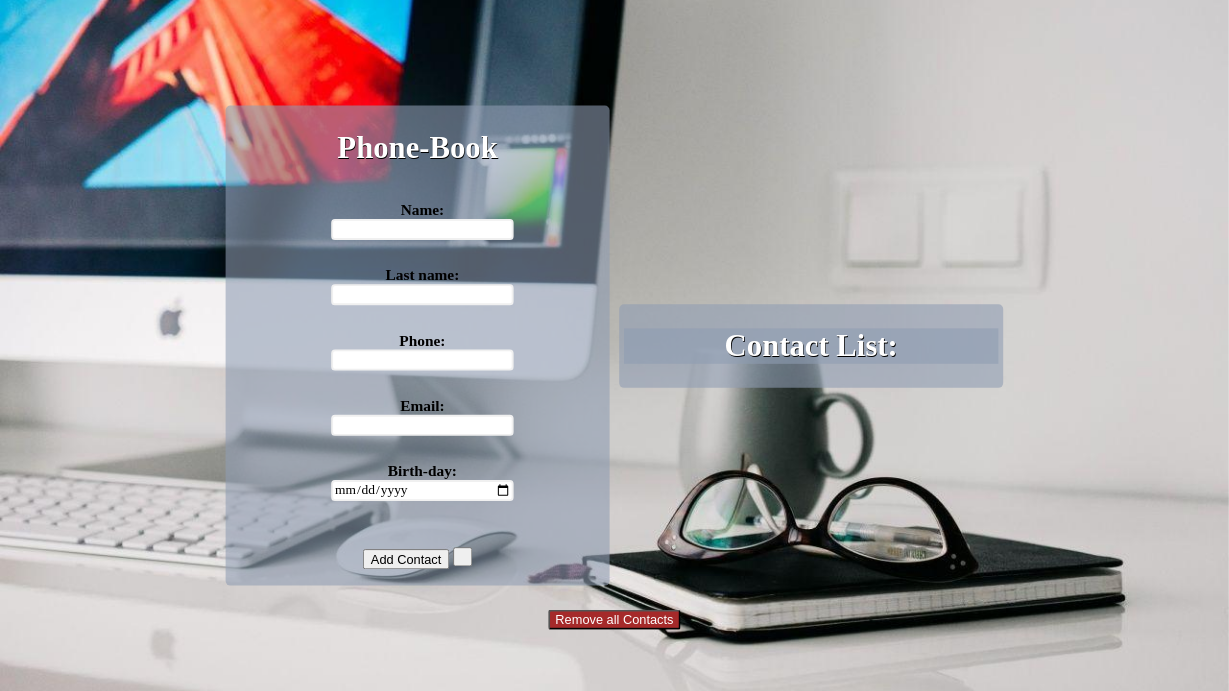
Repository: STA1357/Phone-book
Page: Inner.html
The author's editor kept a copy of each file at every save. The page is drawn from the files as they stood at one save, then again after the next save.
The browser window is 1280 px wide. The pictures show the whole page, at 96% of full size.
Backgrounds fixed to the window are drawn as part of the page.

Above is the page before, as saved 2020-12-12 17:43:42.

After the next save:
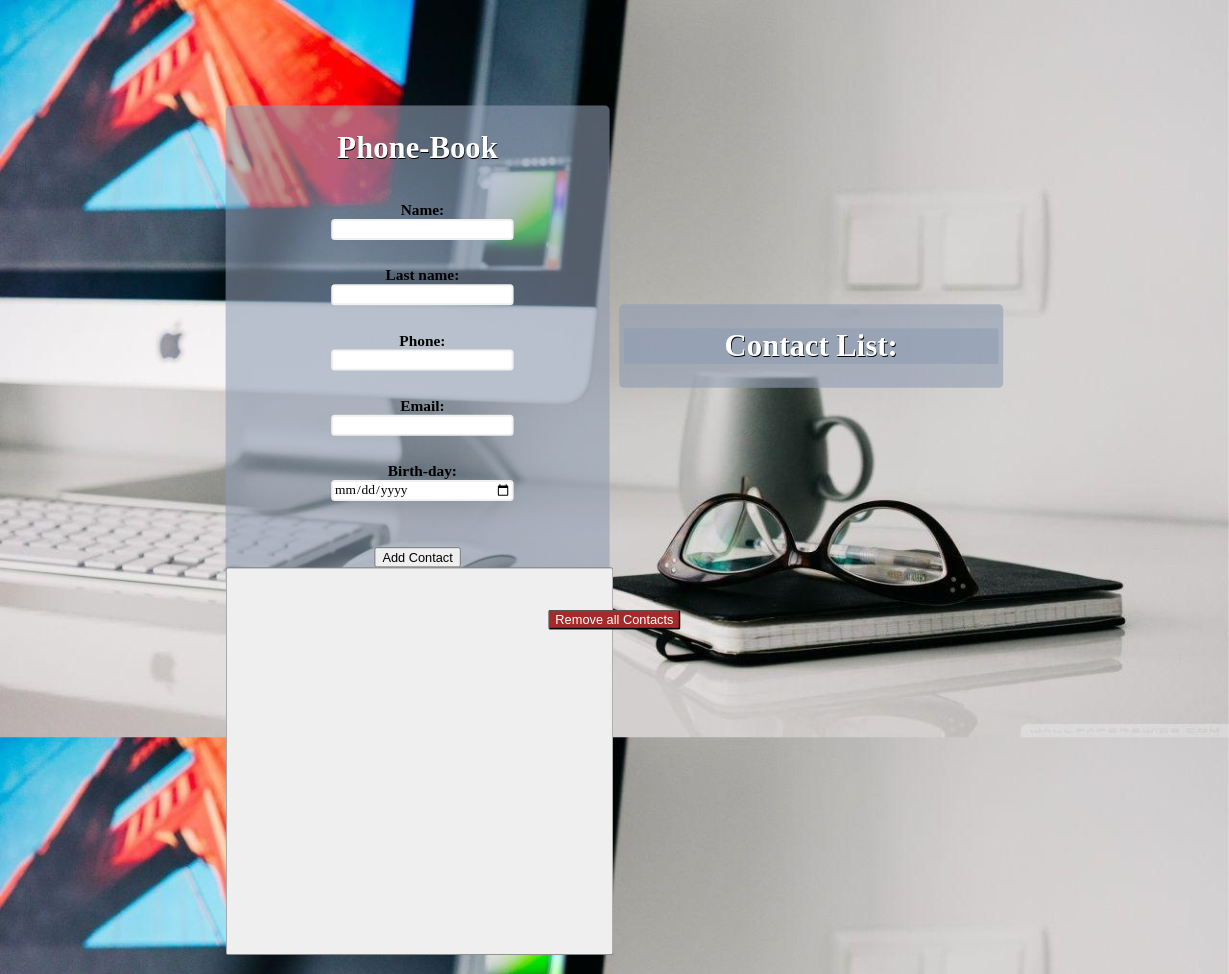
Saved 9 s later.
--- a/styles.css
+++ b/styles.css
@@ -93,7 +93,7 @@ label{
 .restBtn{
     width: 20px;
     height: 20px;
-    radius: 50%;
+    padding: 50%;
 }
 
 .btn{

After the save that followed:
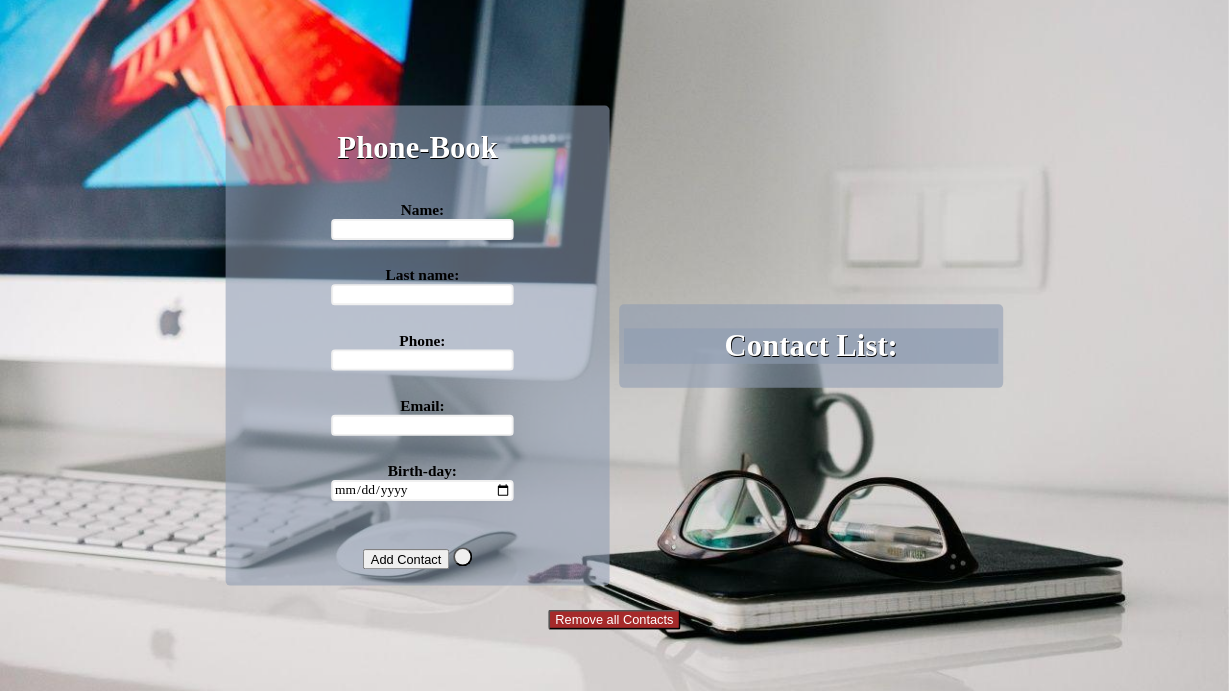
Saved 18 s later.
--- a/styles.css
+++ b/styles.css
@@ -93,7 +93,7 @@ label{
 .restBtn{
     width: 20px;
     height: 20px;
-    padding: 50%;
+    border-radius: 50%;
 }
 
 .btn{
